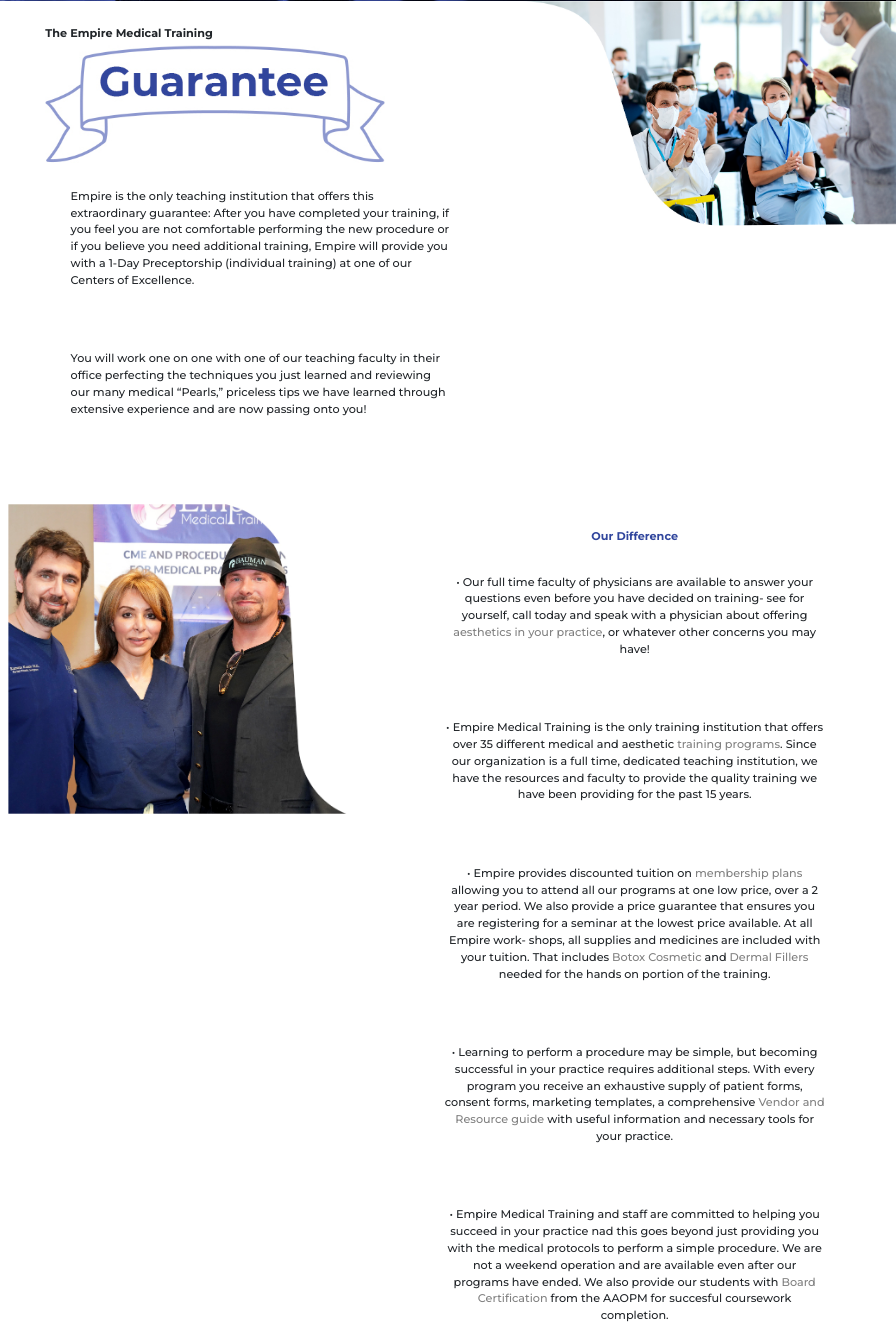
Repository: jorgi710/BODY-CONTOURING-INJECTABLES-AND-ADJUNCT-PROCEDURES
Page: our quarantee/file/src/index.html
The author's editor kept a copy of each file at every save. The page is drawn from the files as they stood at one save, then again after the next save.
The browser window is 1280 px wide. The pictures show the part of the page from y = 559 to 2479 px (the page is 7140 px tall before and 6717 px after), at 70% of full size.

Above is the page before, as saved 2021-04-06 08:27:37.

### our quarantee/file/src/index.html
<!DOCTYPE html>
<html lang="en">
  <head>
    <meta charset="UTF-8" />
    <meta http-equiv="X-UA-Compatible" content="IE=edge" />
    <meta name="viewport" content="width=device-width, initial-scale=1.0" />
    <title>Page_3</title>

    <link
      href="https://cdn.jsdelivr.net/npm/bootstrap@5.0.0-beta3/dist/css/bootstrap.min.css"
      rel="stylesheet"
      integrity="sha384-eOJMYsd53ii+scO/bJGFsiCZc+5NDVN2yr8+0RDqr0Ql0h+rP48ckxlpbzKgwra6"
      crossorigin="anonymous"
    />
    <link
      href="https://fonts.googleapis.com/css2?family=Montserrat:wght@400;500;600;700&display=swap"
      rel="stylesheet"
    />
    <link rel="stylesheet" href="../css/style.css" />
  </head>
  <body>
    <header>
      <div class="container-fluid m-0 p-0">
        <img
          src="../assets/header.jpg"
          alt="navbar"
          class="img-fluid m-0 p-0"
        />
      </div>
    </header>
    <main>
      <section class="section_1">
        <div class="container-fluid text-center">
          <div class="row">
            <div class="col-sm-12 col-md-7 text-start">
              <div class="content_section_1">
                <h1 class="bold">The Empire Medical Training</h1>
                <img
                  src="../assets/logo_main.jpg"
                  alt="logo"
                  class="img-fluid"
                />
                <p class="medium">
                  Empire is the only teaching institution that offers this
                  extraordinary guarantee: After you have completed your
                  training, if you feel you are not comfortable performing the
                  new procedure or if you believe you need additional training,
                  Empire will provide you with a 1-Day Preceptorship (individual
                  training) at one of our Centers of Excellence.
                </p>
                <p class="medium">
                  You will work one on one with one of our teaching faculty in
                  their office perfecting the techniques you just learned and
                  reviewing our many medical “Pearls,” priceless tips we have
                  learned through extensive experience and are now passing onto
                  you!
                </p>
              </div>
            </div>
            <div class="col-md-5 justify-content-end p-0">
              <img
                src="../assets/section_1_1_web.jpg"
                alt=""
                class="d-none d-md-block img-fluid"
              />
              <img
                src="../assets/section_1_1_mobil.jpg"
                alt=""
                class="d-md-none img-fluid"
              />
            </div>
          </div>
          <div class="row">
            <div class="col-sm-12 col-md-5">
              <img
                src="../assets/section_1_2_web.jpg"
                alt="Our difference"
                class="d-none d-md-block"
              />
              <img
                src="../assets/section_1_2_mobil.jpg"
                alt=""
                class="d-md-none"
              />
            </div>
            <div class="col-md-7">
              <h1 class="bold azul">Our Difference</h1>
              <p class="medium">
                • Our full time faculty of physicians are available to answer
                your questions even before you have decided on training- see for
                yourself, call today and speak with a physician about offering
                <span class="claro">aesthetics in your practice</span>, or
                whatever other concerns you may have!
              </p>
              <p class="medium">
                • Empire Medical Training is the only training institution that
                offers over 35 different medical and aesthetic
                <span class="claro">training programs</span>. Since our
                organization is a full time, dedicated teaching institution, we
                have the resources and faculty to provide the quality training
                we have been providing for the past 15 years.
              </p>
              <p class="medium">
                • Empire provides discounted tuition on
                <span class="claro">membership plans</span>
                allowing you to attend all our programs at one low price, over a
                2 year period. We also provide a price guarantee that ensures
                you are registering for a seminar at the lowest price available.
                At all Empire work- shops, all supplies and medicines are
                included with your tuition. That includes
                <span class="claro">Botox Cosmetic</span> and
                <span class="claro">Dermal Fillers</span> needed for the hands
                on portion of the training.
              </p>
              <p class="medium">
                • Learning to perform a procedure may be simple, but becoming
                successful in your practice requires additional steps. With
                every program you receive an exhaustive supply of patient forms,
                consent forms, marketing templates, a comprehensive
                <span class="claro">Vendor and Resource guide</span> with useful
                information and necessary tools for your practice.
              </p>
              <p class="medium">
                • Empire Medical Training and staff are committed to helping you
                succeed in your practice nad this goes beyond just providing you
                with the medical protocols to perform a simple procedure. We are
                not a weekend operation and are available even after our
                programs have ended. We also provide our students with
                <span class="claro"> Board Certification</span> from the AAOPM
                for succesful coursework completion.
              </p>
            </div>
          </div>
        </div>
      </section>
      <section class="section_2">
        <div class="container-fluid">
          <img src="../assets/section_2.jpg" alt="Meet Our Trusted Faculty" />

          <div class="content">
            <h1>Meet Our Trusted Faculty</h1>
            <p>
              Empire Medical Training celebrates 15 years of success in training
              physicians and health care professionals. We believe our success
              is due, in part, to the extra things our organization and faculty
              provide for you.
            </p>
            <button class="btn btn-danger"><h3>Meet Faculty</h3></button>
          </div>
        </div>
      </section>
      <section class="section_3">
        <div>
          <h1 class="negro bold">
            <span class="azul">Background &</span> Achievements
          </h1>
          <p class="medium">
            Now a little about Empire Medical Training’s background and
            achievements: Why Empire is committed to excellence:
          </p>
          <p class="medium">
            Empire Medical Training celebrates our 22nd year of training and we
            remain the #1 medical training and certification CME Medical and
            Aesthetic workshops offered each year, Empire has trained over
            125,000 Physicians, Dentists, Nurses, and other Health Care
            Professionals. With countless
            <span class="claro">testimonials</span> from satisfied attendees, we
            stand behind our programs and provide a complete satisfaction
            guarantee. source worldwide.
          </p>
          <p class="medium">
            Empire has acquired a distinguished reputation in education and
            serves as a training facility for Allergan (Botox, Juvederm) and
            Medicis (Restylane), along with many of the largest Aesthetic Laser
            Manufacturers. In addition, Empire is proud to have been chosen by
            the Florida Dental Association (FDA) to train their member Dentists
            in Botox Cosmetic and other Aesthetic Procedures.
          </p>
          <p class="medium">
            At Empire, we believe our success is dependent on you receiving
            quality training and instruction. Empire Medical Training is a
            nationally recognized CME Training Institution for Physicians,
            Dentists, Nurses and other Health Care Professionals.
          </p>
        </div>
        <div class="row">
          <div class="col-sm-12 col-md-6">
            <p class="medium">
              In addition to training at resort hotels, Empire has pioneered the
              first <span class="claro">premier Medical Spa</span> in Fort
              Lauderdale, Florida where physicians can enjoy training on actual
              patients and receive classroom didactic presentations. This
              facility has been designed specifically for training purposes
              utilizing state of the art aesthetic lasers and medical spa
              equipment along with modern classroom facilities and training
              aids. All courses are conducted by Physicians and other
              Specialists in Aesthetics, Pain Management, Surgery, and Medicine.
              Not by less qualified Instructors.
            </p>
            <p class="medium">
              Empire has achieved an outstanding reputation through a
              distinguished faculty of Physician specialists. Your training will
              be conducted by Physicians and other Specialists in Aesthetics,
              Pain Management, Surgery, and Medicine. We believe it is important
              for attendees to be exposed to a faculty of instructors for a more
              complete understanding of the topic, rather than just 1 part time
              physician or nurse instructor like many training companies do.
              Beware of start up seminar companies who employ less qualified
              personnel for your training, or local doctors’ offices with
              impressive web sites looking to supplement their income by
              offering inferior or incomplete training as a side job.
            </p>
          </div>
          <div class="col-sm-12 col-md-6">
            <img
              src="../assets/section_3_web.jpg"
              alt="background achievements"
              class="d-none d-md-block"
            />
            <img
              src="../assets/section_3_mobil.jpg"
              alt="background achievements"
              class="d-md-none"
            />
          </div>
        </div>
      </section>
      <section class="section_4">
        <img src="../assets/section_4.jpg" alt="aesthetics starter kit" />
      </section>
      <section class="section_5">
        <div class="row">
          <div class="col-sm-12 col-md-6">
            <img
              src="../assets/section_5_web.jpg"
              alt="empire"
              class="d-none d-md-block"
            />
            <img
              src="../assets/section_5_mobile.jpg"
              alt="empire"
              class="d-md-none"
            />
          </div>
          <div class="col-md-6">
            <h1 class="bold">
              The Programs at Empire are Actually
              <span class="azul">Hands On</span>
            </h1>
            <p class="medium">
              Many seminar companies claim you will receive hands on training
              but they can not, or, are not qualified to provide this
              experience. During our Aesthetic Programs, Empire attendees will
              inject live patients with real, authentic products – not saline)
              and perform other procedures depending on the topic. During other
              esthetic training and our medical procedures’ training, attendees
              will work on
              <span class="claro">Cadavers from the Medical School</span>
              University lab along with volunteer patients and models.
            </p>
            <p class="medium">
              Empire works with a variety of the largest medical equipment
              manufacturers to help provide the training which requires
              equipment usage, i.e. Aesthetic Lasers and Supplies, Ultrasound, X
              Ray, etc. This variety is essential for attendees to gain a
              complete understanding of the technologies available rather than
              just a limited exposure. You will never see only 1 or 2 laser
              manufacturers at our programs. Beware of training institutions who
              have arrangements with only 1 or 2 vendors.
            </p>
          </div>
        </div>
        <p class="medium">
          Deciding on where you receive you training is an important decision
          and should be made carefully. Make sure your instructors are Physician
          Specialists in their field, i.e. Plastic Surgery and are part of a
          faculty of the institution. Simply reading some instructions is not
          enough, quality instruction means going beyond the technical details
          and into the <span class="claro">“pearls”</span> that make your
          patients happy and give you the reputation you want. Beware of less
          qualified personnel. Be sure the training institution is dedicated to
          training and not a part time doctors office/ seminar company. Make
          sure the programs are fully accredited by a medical academy and not
          “co sponsored” by another institution. Most importantly, beware of
          unrealistic promises and look for training that can and will provide
          Hands- On experience. There is no other effective way to learn
          procedural skills. Empire Medical Training is dedicated to your
          success and we encourage you to ask questions with whomever you decide
          to be trained by.
        </p>
      </section>
    </main>
    <footer>
      <img src="../assets/footer.jpg" alt="footer" class="img-fluid" />
    </footer>
  </body>
</html>

### our quarantee/file/css/style.css
@import url("https://fonts.googleapis.com/css2?family=Montserrat:wght@400;500;600;700&display=swap");
* {
  box-sizing: border-box;
  font-family: var(--fuente);
}
header,
section {
  overflow-x: hidden;
}
:root {
  --fuente: "Montserrat", cursive;
  --azul: #31469d;
  --clarito: #808080;
  --negro: #000000;
  --regular: 400;
  --medium: 500;
  --semi_bold: 600;
  --bold: 700;
}
.regular {
  font-weight: 400;
}
.medium {
  font-weight: 500;
}
.semi {
  font-weight: 600;
}
.bold {
  font-weight: 700;
}
.azul {
  color: #31469d;
}
.claro {
  color: #808080;
}
.negro {
  color: #000000;
}
.section_1 .row .col-md-7 {
  padding: 5vmin 9vmin;
  padding-bottom: 10vmin;
}
.section_1 .row .col-md-5 img {
  width: 100%;
}
.section_1 .row .col-md-7 h1 {
  font-size: medium;
}
.section_1 .row .col-md-7 p {
  padding: 5vmin;
}

After the next save:
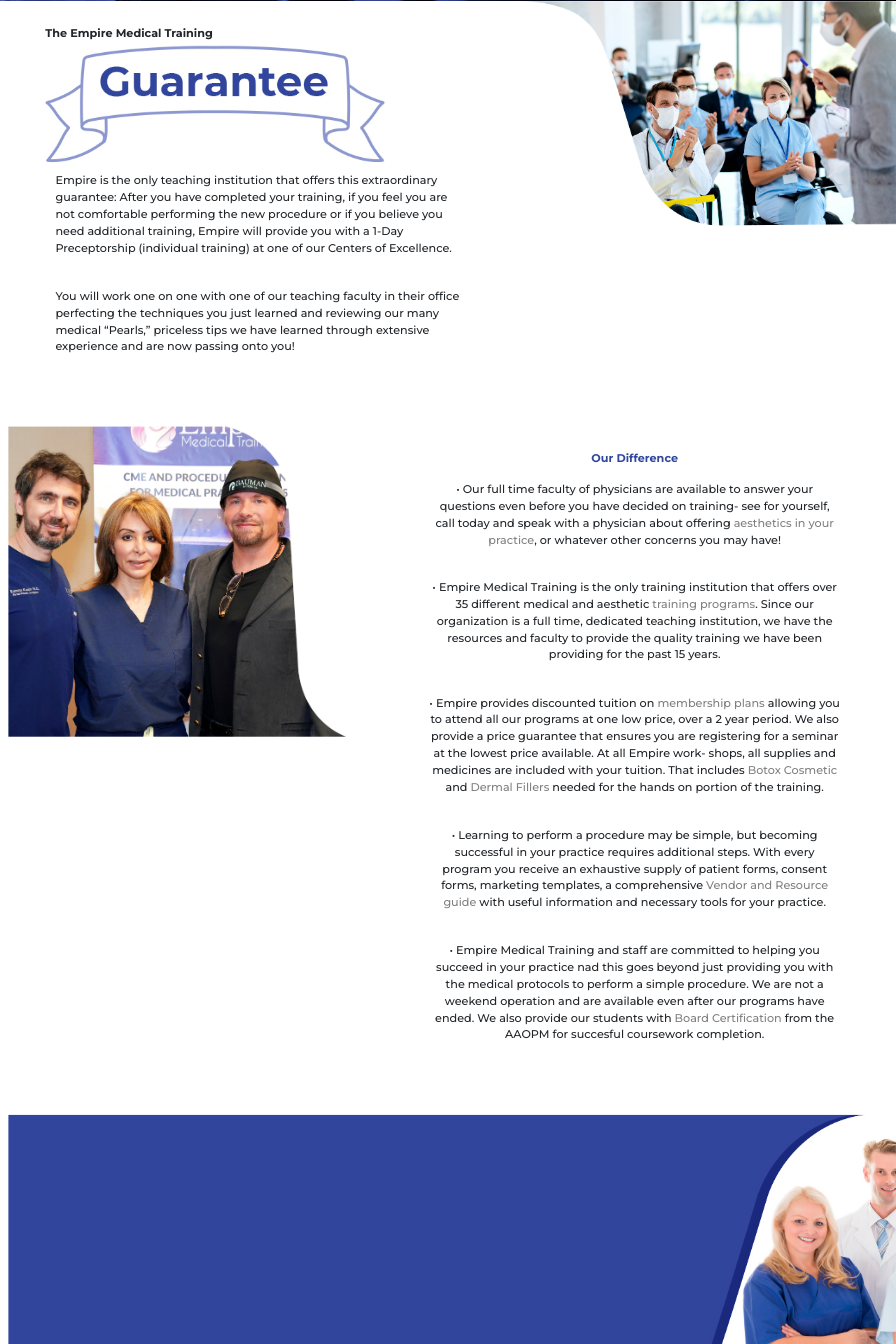
Saved 11 s later.
--- a/our quarantee/file/css/style.css
+++ b/our quarantee/file/css/style.css
@@ -49,5 +49,5 @@
   font-size: medium;
 }
 .section_1 .row .col-md-7 p {
-  padding: 5vmin;
+  padding: 2vmin;
 }
